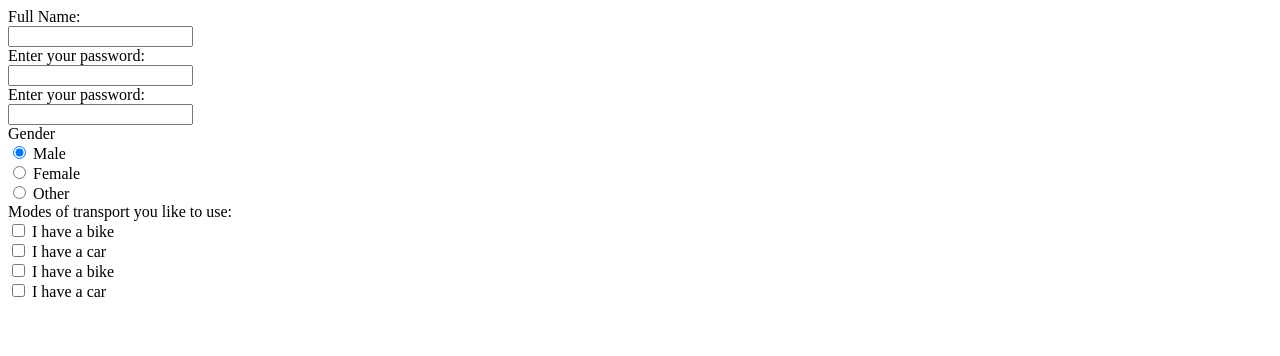
Repository: AdityaParashar93/Homework1_CMPE273
Page: CMPE273/Refresher_JS/WebContent/InputTypes.html
The author's editor kept a copy of each file at every save. The page is drawn from the files as they stood at one save, then again after the next save.
The browser window is 1280 px wide. The pictures show the whole page.

Above is the page before, as saved 2016-09-16 05:40:25.

### CMPE273/Refresher_JS/WebContent/InputTypes.html
<!DOCTYPE html>
<html>
<head>
<meta charset="ISO-8859-1">
<title>InputTypes</title>
</head>
<body>
<form>
Full Name:<br>
<input type="text" name="fullname"><br>
Enter your password:<br>
<input type="password" name="password"><br>
Enter your password:<br>
<input type="password" name="password"><br>
Gender<br>
<input type="radio" name="gender" value="male" checked> Male<br>
<input type="radio" name="gender" value="female"> Female<br>
<input type="radio" name="gender" value="other"> Other<br>
Modes of transport you like to use:<br>
<input type="checkbox" name="vehicle1" value="Bike"> I have a bike<br>
<input type="checkbox" name="vehicle2" value="Car"> I have a car<br>
<input type="checkbox" name="vehicle3" value="Rail"> I have a bike<br>
<input type="checkbox" name="vehicle4" value="Bus"> I have a car<br>

</form>
</body>
</html>

After the next save:
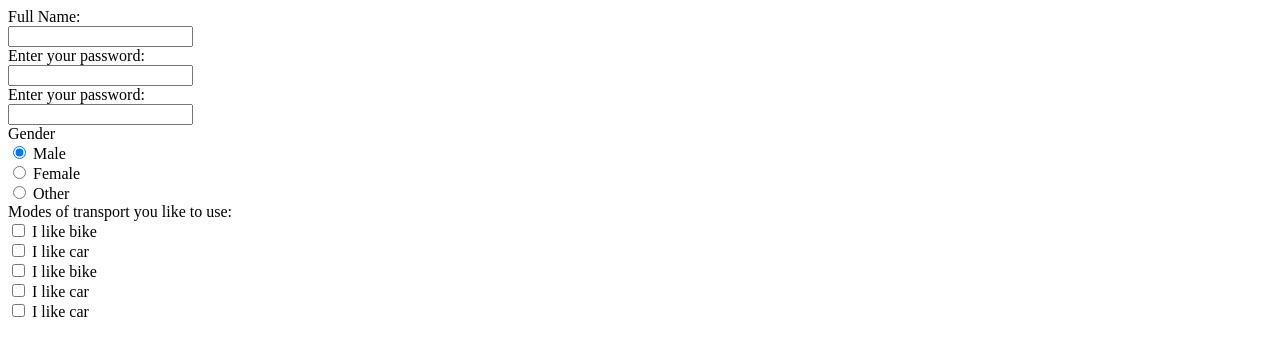
Saved 34 s later.
--- a/CMPE273/Refresher_JS/WebContent/InputTypes.html
+++ b/CMPE273/Refresher_JS/WebContent/InputTypes.html
@@ -17,10 +17,11 @@ Gender<br>
 <input type="radio" name="gender" value="female"> Female<br>
 <input type="radio" name="gender" value="other"> Other<br>
 Modes of transport you like to use:<br>
-<input type="checkbox" name="vehicle1" value="Bike"> I have a bike<br>
-<input type="checkbox" name="vehicle2" value="Car"> I have a car<br>
-<input type="checkbox" name="vehicle3" value="Rail"> I have a bike<br>
-<input type="checkbox" name="vehicle4" value="Bus"> I have a car<br>
+<input type="checkbox" name="vehicle1" value="Bike"> I like bike<br>
+<input type="checkbox" name="vehicle2" value="Car"> I like car<br>
+<input type="checkbox" name="vehicle3" value="Rail"> I like bike<br>
+<input type="checkbox" name="vehicle4" value="Bus"> I like car<br>
+<input type="checkbox" name="vehicle4" value="Bus"> I like car<br>
 
 </form>
 </body>
